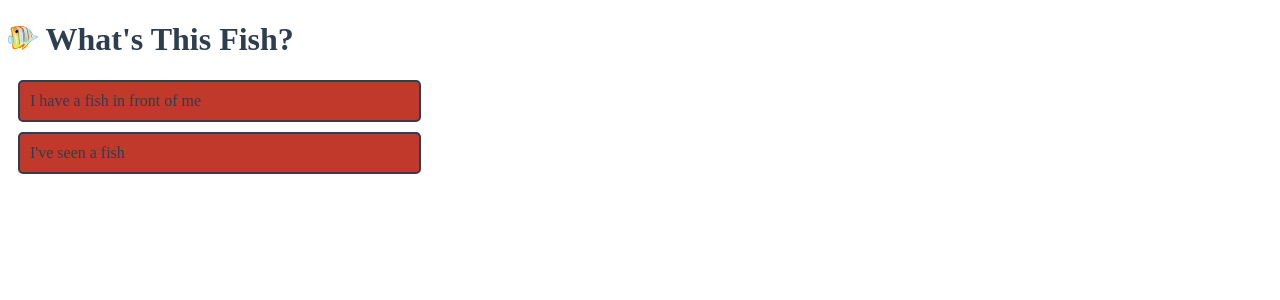
Repository: ulyfm/whatsthis.fish
Page: FishServer/externalpages/index.html
These files come from the project's save history. The page is drawn as it stood at one moment and after the next save; the edit follows.
The browser window is 1280 px wide. The pictures show the whole page.
Some web fonts or font styles are not loaded; a fallback is used.

Above is the page before, as saved 2017-01-04 18:09:36.

### FishServer/externalpages/index.html
<!DOCTYPE html>
<html>
	<head>
		<title>WhatsThisFish</title>
		<link rel='stylesheet' type='text/css' href='fish.css'>
		<script src='fish.js' type='text/javascript'></script>
		<link href="https://fonts.googleapis.com/css?family=Alegreya" rel="stylesheet">
	</head>
	<body>
		<h1><img src='drivingthattrainhighoncocaine.svg' id='logo'>  What's This Fish?</h1>
		<a href='/havefish.html' class='c1'>I have a fish in front of me</a>
		<a href='/havefish.html' class='c1'>I've seen a fish</a>
	</body>
</html>

### FishServer/externalpages/fish.css
html{
	background: #ffffff;
	color: #2c3e50;
}
h1 {
	font-family: 'Alegreya', serif;
}
#logo {
	width: 30px;
	display: inline;
}
.c1 {
	text-decoration: none;
	background: #c0392b;
	color: #2c3e50;
	padding: 10px;
	margin: 10px;
	border: 2px solid;
	border-radius: 5px;
	display: block;
	width: 30%;
}
.c1:active {

}

Loaded but not shown: FishServer/externalpages/fish.js (no stored copy; drawn as an empty file)

After the next save:
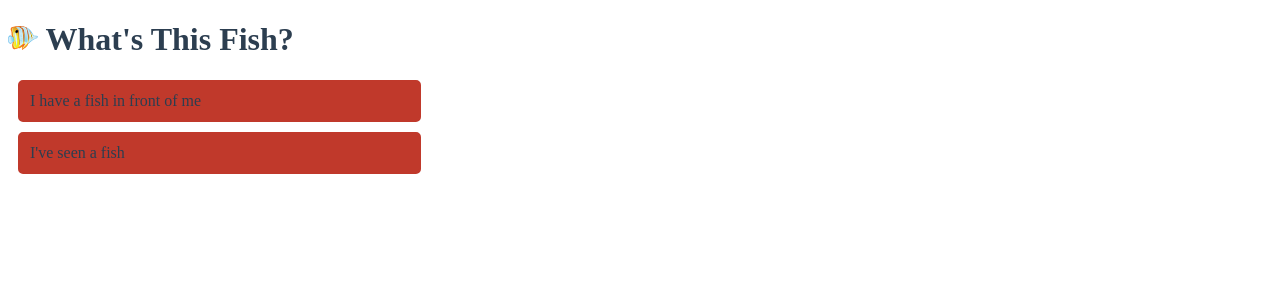
Saved 8 s later.
--- a/FishServer/externalpages/fish.css
+++ b/FishServer/externalpages/fish.css
@@ -15,7 +15,7 @@ h1 {
 	color: #2c3e50;
 	padding: 10px;
 	margin: 10px;
-	border: 2px solid;
+	border: 2px solid #c0392b;
 	border-radius: 5px;
 	display: block;
 	width: 30%;
